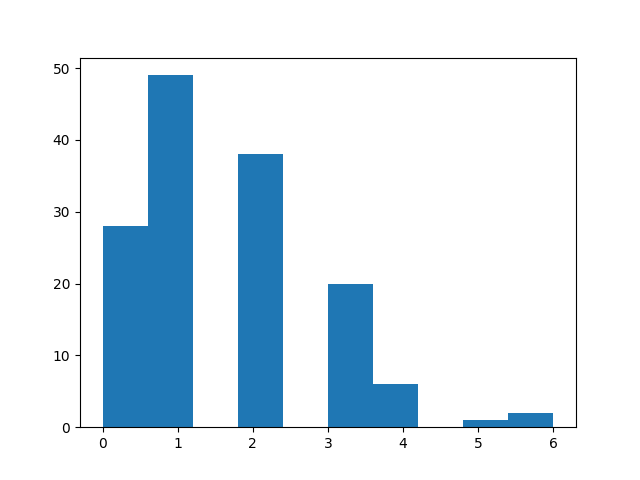
Repository: nelsonalexandrino/python_matplotlib_datavisualization_
Script's output: python Histograms.py
An editor plug-in stored every save of this project. The script's output is shown before and after the next save, followed by the edit.
Random numbers start from a fixed seed.

Above is the script's output before, as saved 2019-08-25 12:45:33.

### Histograms.py
import matplotlib.pyplot as pyplot

with open('Goals.txt', 'r') as file:
    HomeTeamGoals = [int(x) for x in file.readline().strip(
        '\n').strip(' ').split(' ')]
    AwayTeamGoals = [int(x) for x in file.readline().strip(
        '\n').strip(' ').split(' ')]


pyplot.hist(HomeTeamGoals)
pyplot.show()

### Goals.txt
6 0 2 1 2 1 2 2 2 0 1 3 0 3 1 0 4 1 3 3 6 2 0 0 4 1 2 1 1 0 1 3 0 1 1 1 3 1 3 0 2 2 2 1 2 2 1 2 1 2 1 2 4 0 1 1 2 2 2 0 2 2 0 0 2 3 2 2 3 0 3 3 0 1 0 0 2 1 1 3 1 3 1 1 0 2 0 3 3 3 2 0 0 1 4 1 0 2 1 1 2 2 0 2 1 1 2 3 1 4 4 1 2 2 2 1 0 0 5 1 1 1 0 1 1 0 2 1 3 2 1 1 1 0 1 1 3 2 1 3 1 2 1 1
0 2 1 0 0 1 1 1 2 2 0 1 2 1 0 0 4 2 0 1 0 1 4 0 1 3 0 1 0 2 5 0 0 1 3 2 1 0 3 1 3 0 1 1 1 1 1 2 0 0 2 0 0 0 1 1 2 1 1 0 1 1 1 3 0 1 1 1 3 3 1 0 0 3 2 0 0 3 2 0 0 0 1 0 3 5 2 2 1 1 3 0 1 0 2 2 1 2 2 4 1 1 0 2 1 1 1 1 3 1 0 1 1 1 3 1 2 0 0 1 0 0 1 0 0 1 2 0 1 0 1 1 0 1 2 1 0 1 2 0 1 0 1 2

After the next save:
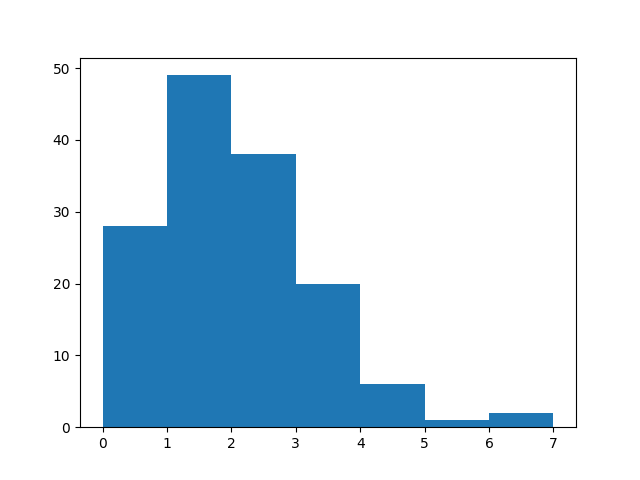
Saved 41 s later.
--- a/Histograms.py
+++ b/Histograms.py
@@ -7,5 +7,5 @@ with open('Goals.txt', 'r') as file:
         '\n').strip(' ').split(' ')]
 
 
-pyplot.hist(HomeTeamGoals)
+pyplot.hist(HomeTeamGoals, bins=range(8))
 pyplot.show()
